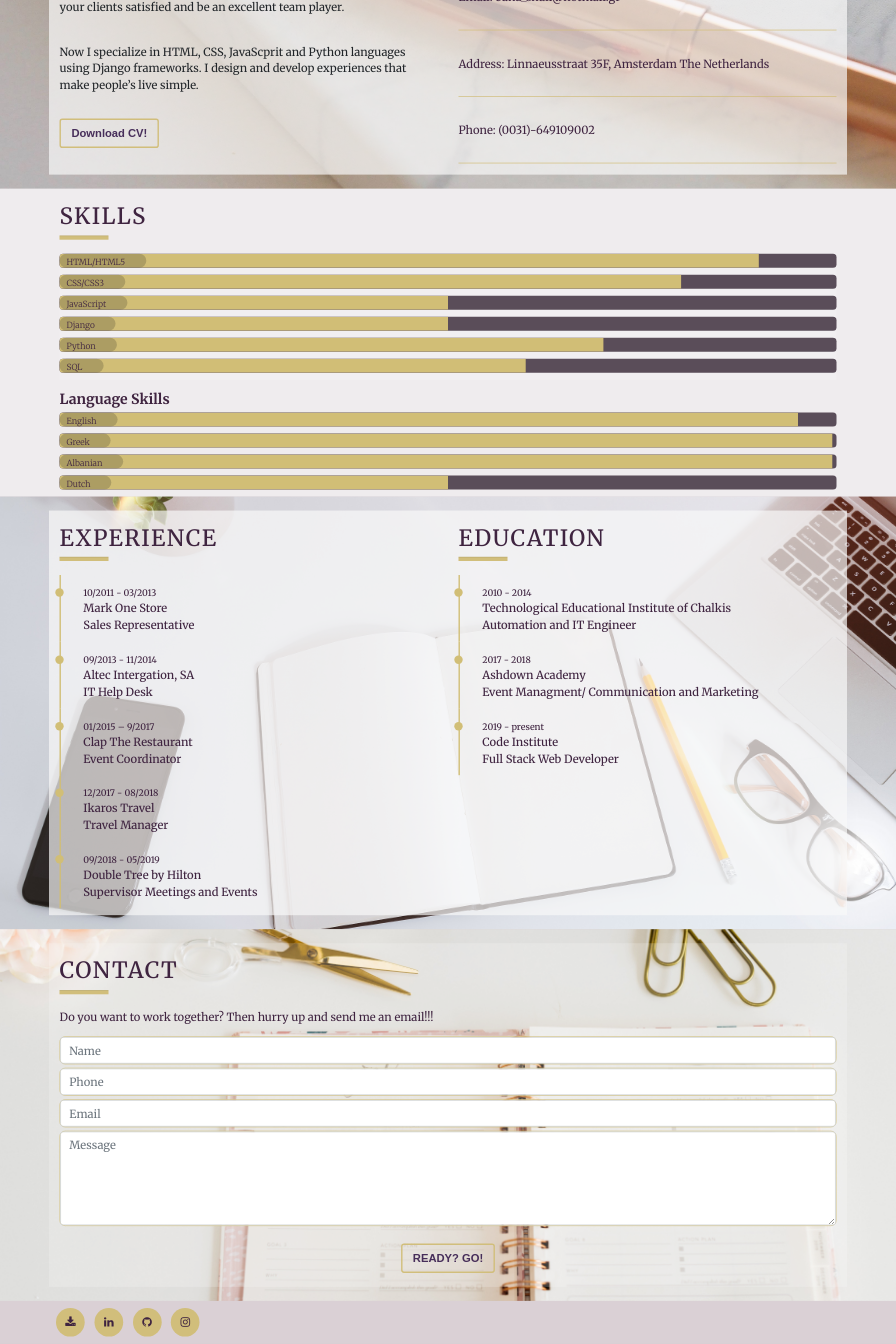
Repository: edshuli/Portfolio
Page: index.html
The author's editor kept a record of every edit. The page is drawn from the files as they stood at one moment, then again after the next edit.
The browser window is 1280 px wide. The pictures show the part of the page from y = 968 to 2888 px (the page is 2888 px tall before and 2792 px after), at 70% of full size.
Backgrounds fixed to the window are drawn as part of the page. Some web fonts or font styles are not loaded; a fallback is used.

Above is the page before.

After the next edit:
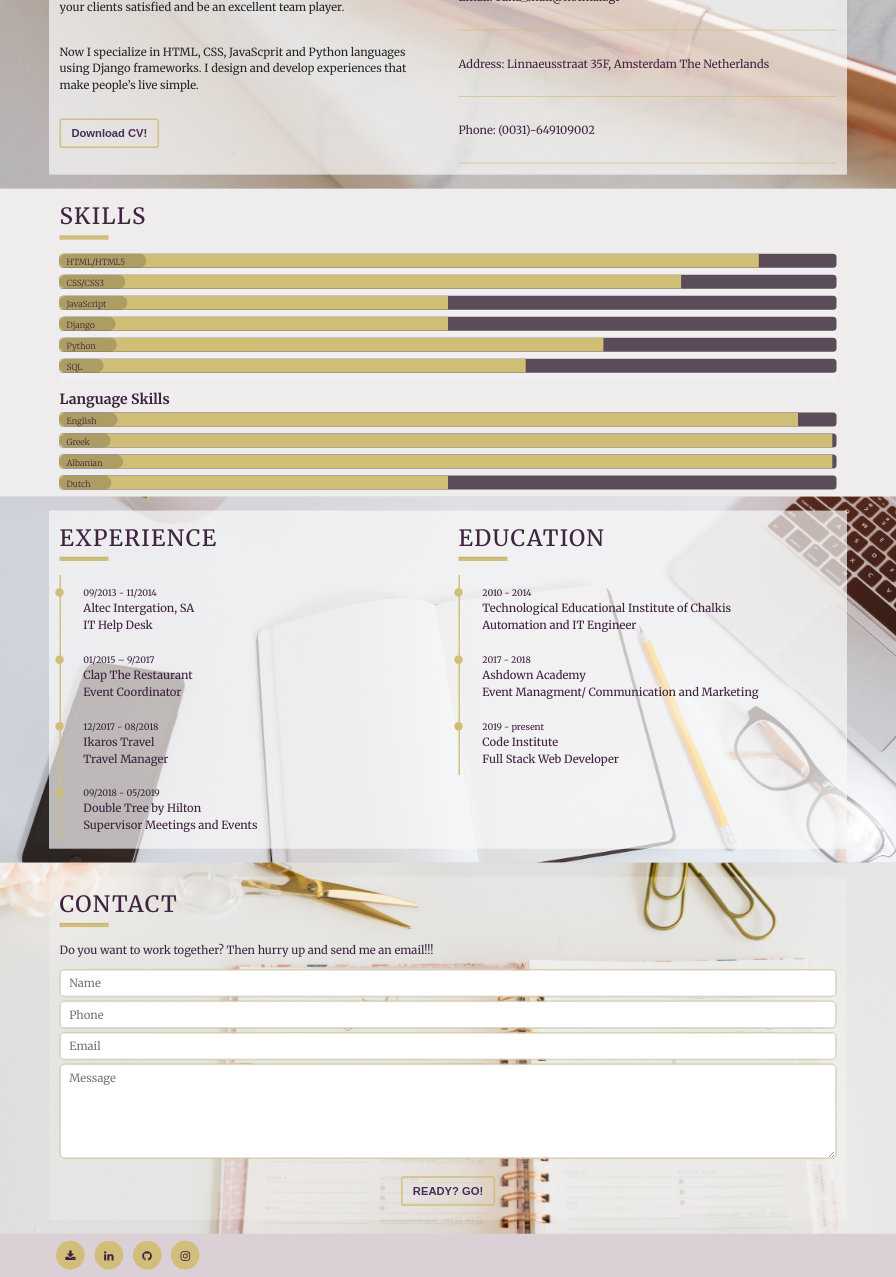
The edit:
--- a/index.html
+++ b/index.html
@@ -195,10 +195,7 @@
                     <h2 class="text-uppercase history-heading">Experience</h2>
                     <hr class="title-divider">
                     <div class="history-items">
-                        <div class="timeline-item" data-dates="10/2011 - 03/2013">
-                            <h7>Mark One Store</h7>
-                            <p>Sales Representative</p>
-                        </div>
+
                         <div class="timeline-item" data-dates="09/2013 - 11/2014">
                             <h7>Altec Intergation, SA</h7>
                             <p>IT Help Desk</p>

After the edit that followed:
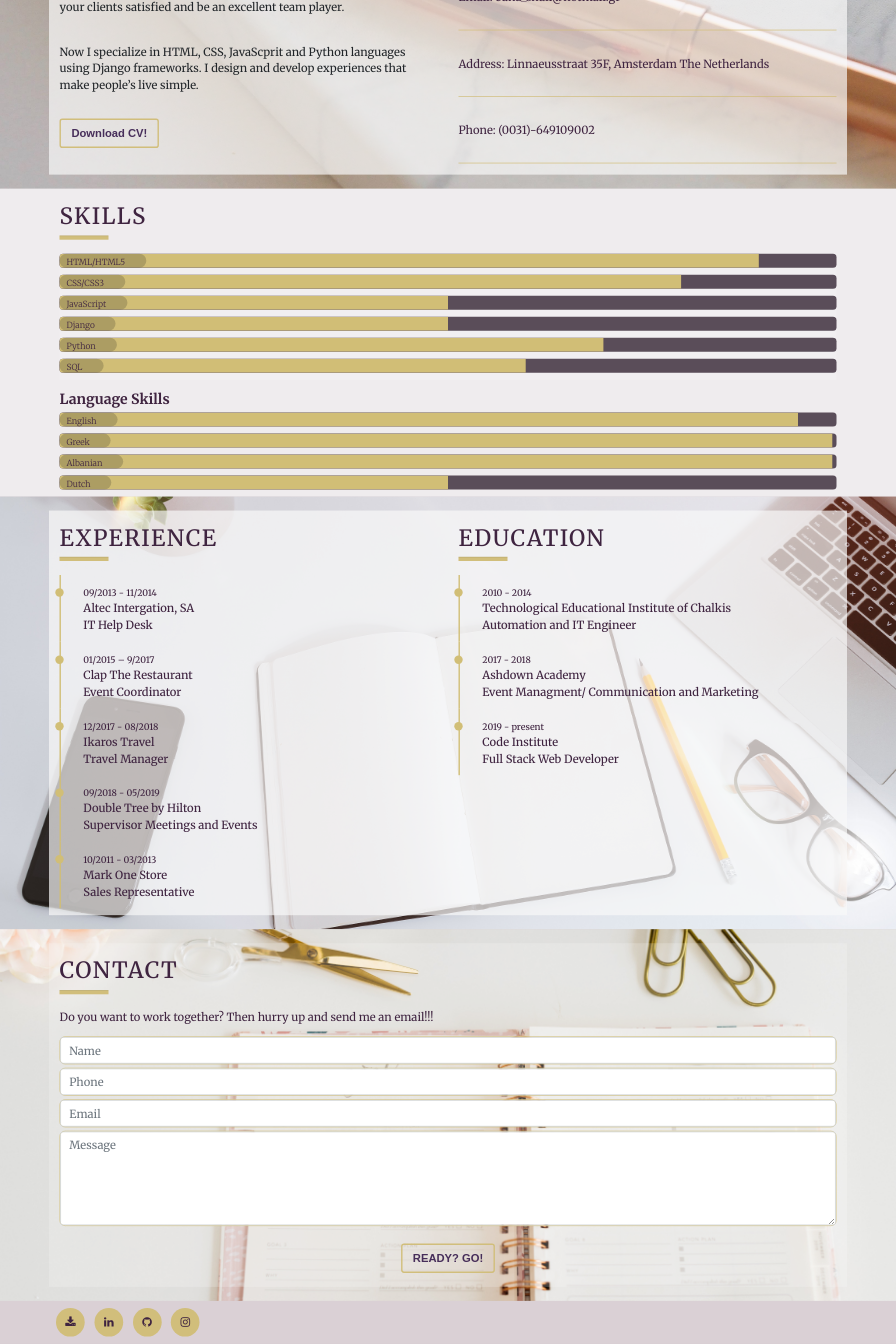
The edit:
--- a/index.html
+++ b/index.html
@@ -212,6 +212,10 @@
                             <h7>Double Tree by Hilton</h7>
                             <p>Supervisor Meetings and Events</p>
                         </div>
+                        <div class="timeline-item" data-dates="10/2011 - 03/2013">
+                            <h7>Mark One Store</h7>
+                            <p>Sales Representative</p>
+                        </div>
                     </div>
                 </div>
                 <div class="col-md-6 education-container">
